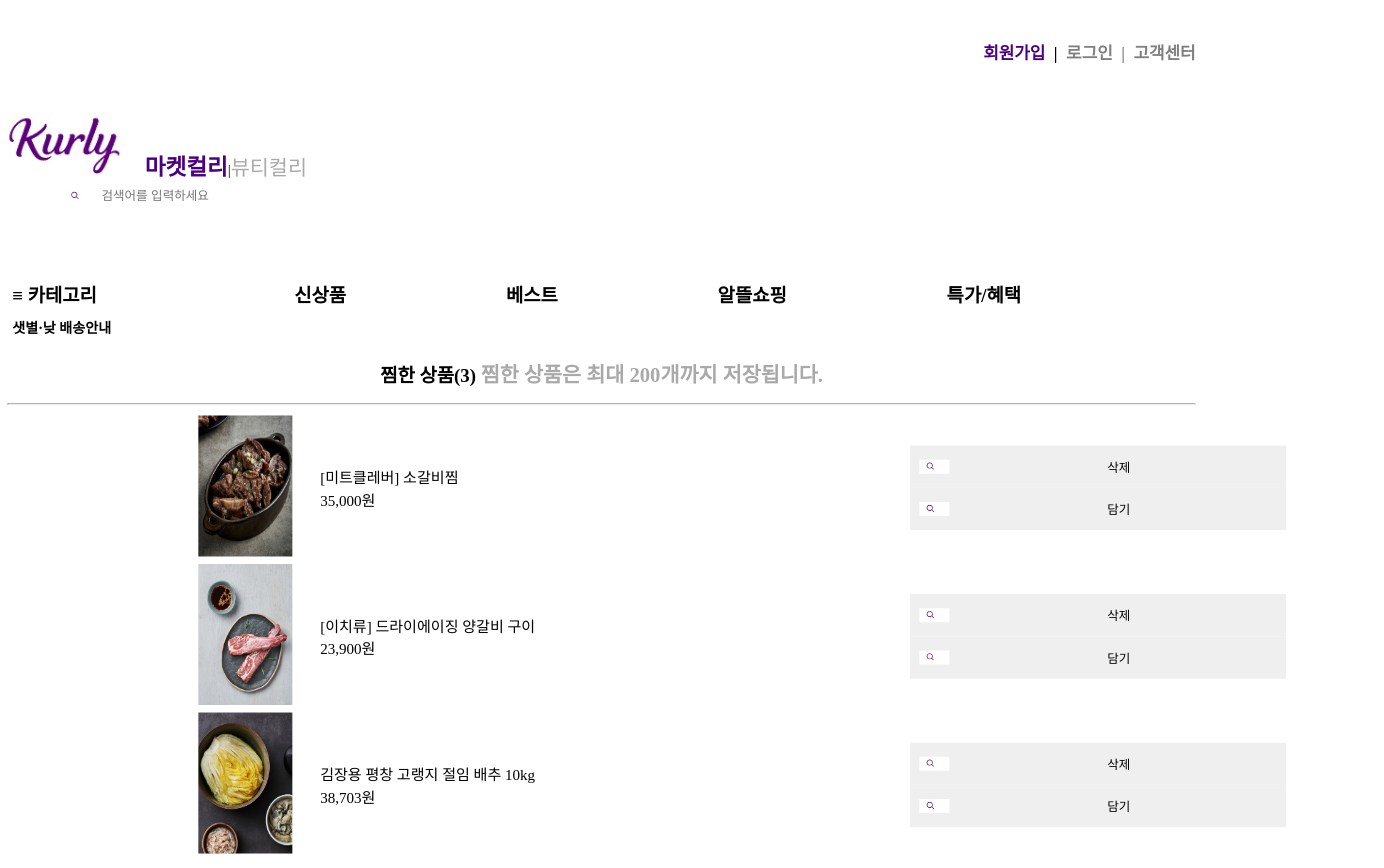
Repository: buildadoor/eclipse
Page: frontWeb/src/main/webapp/z02_kurlyproject/likelist.html
These files come from the project's save history. The page is drawn as it stood at one moment and after the next save; the edit follows.
The browser window is 1280 px wide. The page is 1472 px wide, so the pictures cover 1472 px, including what lies to the right of the window. The pictures show the whole page, at 94% of full size.

Above is the page before, as saved 2022-11-13 23:58:13.

### frontWeb/src/main/webapp/z02_kurlyproject/likelist.html
<!DOCTYPE html>
<html>
<head>
<meta charset="UTF-8">
<title>Kurly 마켓컬리/뷰티컬리</title>
<link href="logo.ico" rel="shortcut icon" type="image/x-icon">
<style type="text/css">
h2{font-size:20px;}
h6{font-size:18px;}
span#ttop{font-size:18px;color:indigo;}
span#ttop1{font-size:18px;color:gray;}
span#top{font-size:24px;color:indigo;}
span{font-size:22px;color:darkgray;}
table#like{margin-left:200px;}
#logo{margin-top:10px;}
#img{width:100px;height:150px;}
#category{margin-left:100px;}
#category2{margin-right:30px;
			font-size:15px;}

#menubar{ background:white;float:left;}
	#menubar ul{
		margin:0;
		padding:0;
		width:100%;
	}
	#menubar ul li{
		display:inline-block;
		list-style-type:none;
		padding:5px 5px;
	}
	#menubar ul li a{
		color:black;
		text-decoration:none;
	}
	#menubar ul li a:hover{
		color:indigo;
		}
#search{border:3; border-color: indigo; margin-left:50px; height:30px;}
 input{ width:400px; height:45px; padding-left:50px;
           background-image:url('search.jpg');
           background-repeat: no-repeat;
           background-size: 32px;
           background-position: 10px center;
           border-style: none;
}


</style>
</head>
<body>
<h6 align="right"><span id="ttop">회원가입&ensp;</span>|<span id="ttop1">&ensp;로그인&ensp;|&ensp;고객센터</h6></span>
<p>
<img src="kurly.jpg" id="logo"><strong><span id="top">&ensp;&ensp;마켓컬리</strong></span>|<span>뷰티컬리</span>
<input type="text" name="search" id="search" size="22px" placeholder="검색어를 입력하세요" style="width:1000px;"/>
</p><br><br>
<nav id = "menubar">
	<ul><h2>
		<li><a href="#">
		≡ 카테고리&emsp;&emsp;&emsp;&emsp;&emsp;
		</a>
		<li id="category"><a href="#">신상품&emsp;&emsp;&emsp;</a>
		<li id="category"><a href="#">베스트&emsp;&emsp;&emsp;</a>
		<li id="category"><a href="#">알뜰쇼핑&emsp;&emsp;&emsp;</a>
		<li id="category"><a href="#">특가/혜택&emsp;&emsp;&emsp;&emsp;&emsp;&emsp;&emsp;&emsp;&emsp;</a>
		<li id="category2"><a href="#">샛별·낮 배송안내</a><br>
	</ul></h2>

</nav>

<br><br><br><br>
<h2 align="center">찜한 상품(3)&nbsp;<span>찜한 상품은 최대 200개까지 저장됩니다.</span></h2>
<hr>
 <table id="like" width="100%" height="100%">
 	<col width="100px"><col width="500px"><col width="300px">

 	<tr><td><img src="product01.jpg" id="img"/></td>
 	<td align:"left" text-color:"darkgray">[미트클레버] 소갈비찜<br>35,000원</td>
 	<td><input type="button" value="삭제" onclick="alert('찜한 목록에서 삭제되었습니다.')"><br>
 	<input type="button" value="담기" onclick="location.href='basket.html'"></td></tr>

 	<tr><td><img src="product02.jpg"id="img"/></td>
 	<td align:"left" text-color:"darkgray">[이치류] 드라이에이징 양갈비 구이<br>23,900원</td>
 	<td><input type="button" value="삭제" onclick="alert('찜한 목록에서 삭제되었습니다.')"><br>
 	<input type="button" value="담기" onclick="location.href='basket.html'" ></td></tr>

 	<tr><td><img src="product03.jpg" id="img"/></td>
 	<td align:"left" text-color:"darkgray">김장용 평창 고랭지 절임 배추 10kg<br>38,703원</td>
 	<td><input type="button" value="삭제" onclick="alert('찜한 목록에서 삭제되었습니다.')"><br>
 	<input type="button" value="담기" onclick="location.href='basket.html'"></td></tr>
</table>

</body>
</html>

After the next save:
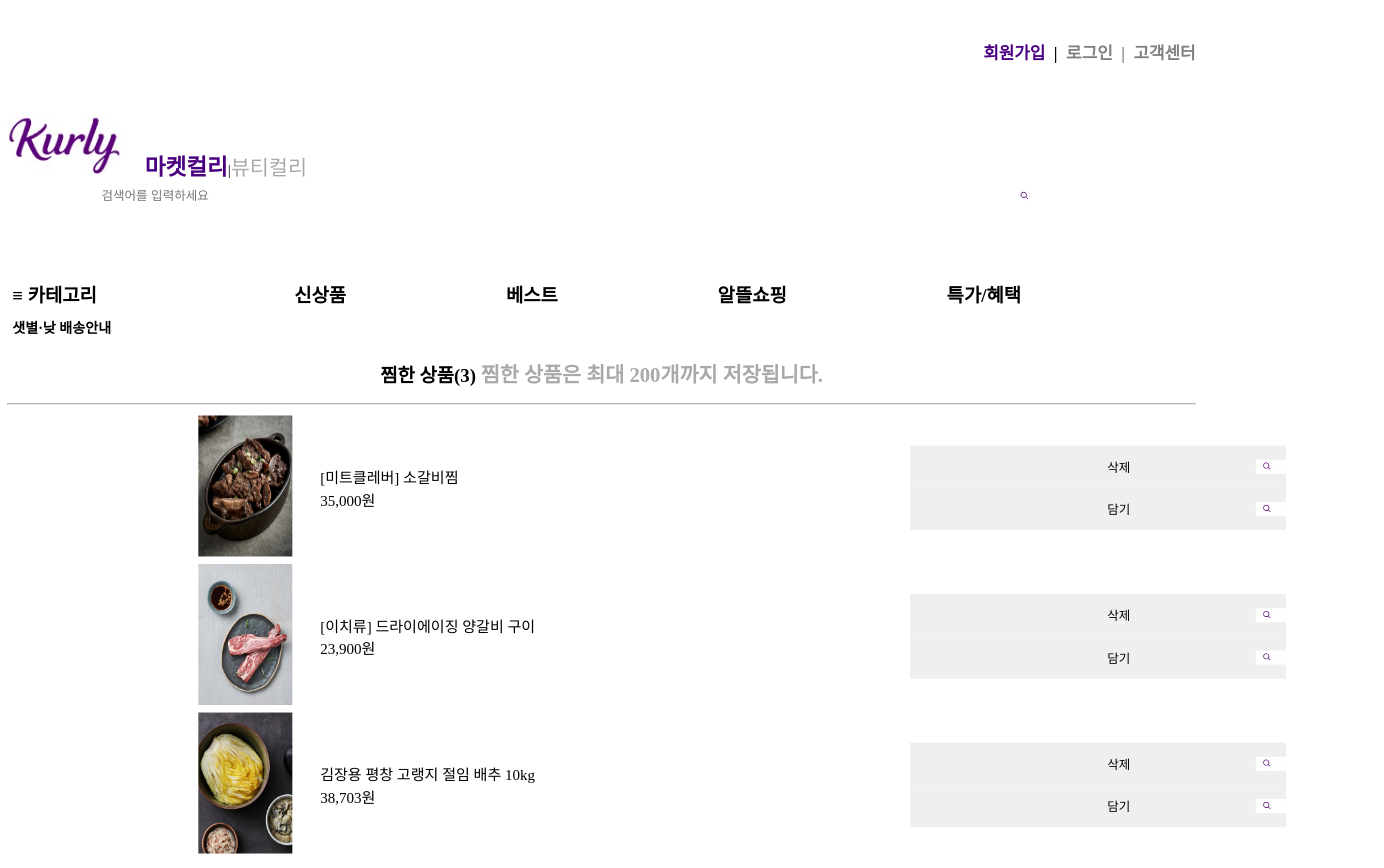
Saved 9 s later.
--- a/frontWeb/src/main/webapp/z02_kurlyproject/likelist.html
+++ b/frontWeb/src/main/webapp/z02_kurlyproject/likelist.html
@@ -41,7 +41,7 @@
            background-image:url('search.jpg');
            background-repeat: no-repeat;
            background-size: 32px;
-           background-position: 10px center;
+           background-position: right;
            border-style: none;
 }
 
